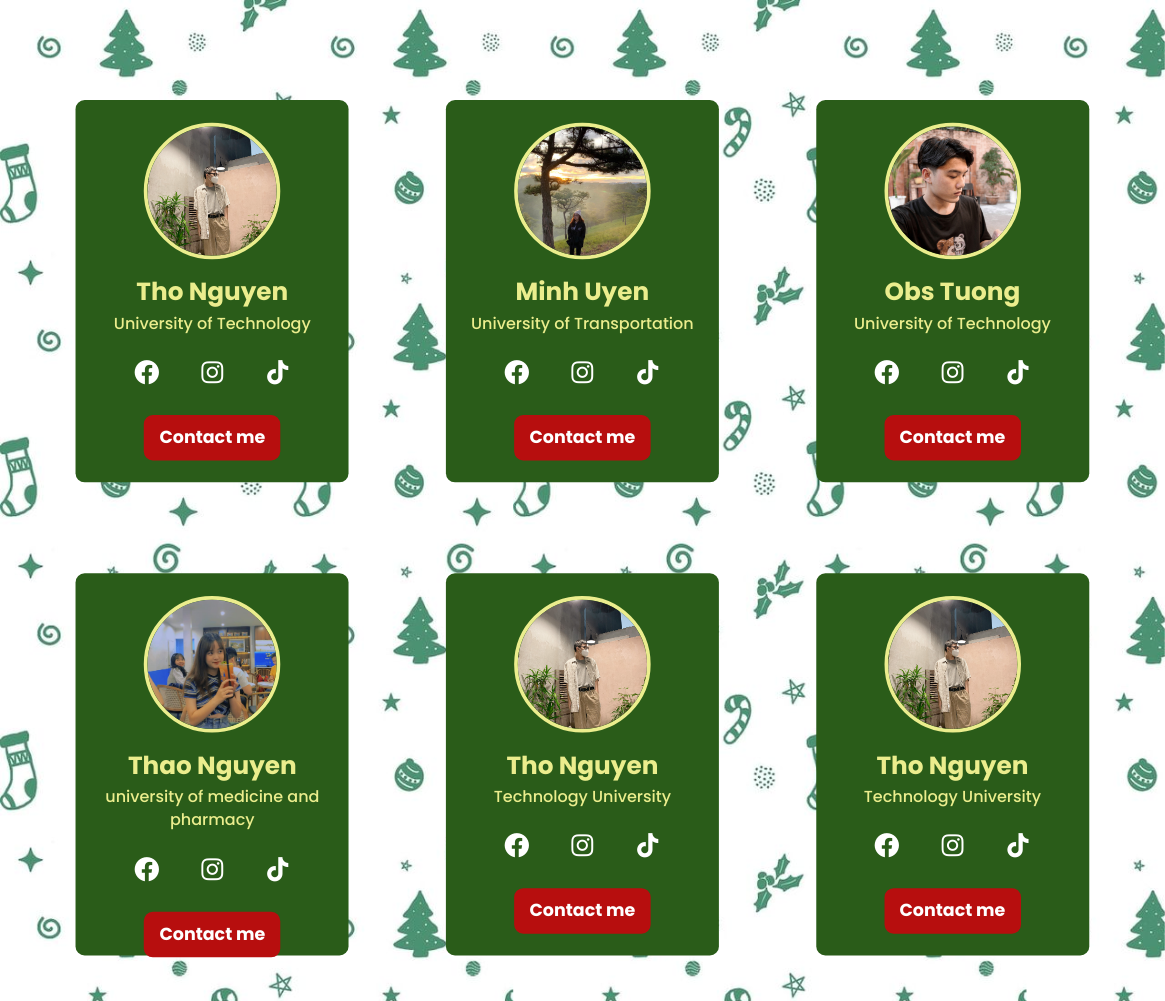
Repository: lausamtuong/profileCard
Page: index.html
An editor plug-in stored every save of this project. The page is shown before and after a run of saves, followed by the edit.
The browser window is 1280 px wide. The pictures show the whole page, at 91% of full size.
The style sheet was rebuilt from its Sass, Less or Tailwind sources for each picture, by a compiler version that may differ from the author's.

Above is the page before, as saved 2021-12-14 18:51:04.

### index.html
<!DOCTYPE html>
<html lang="en">
<head>
    <meta charset="UTF-8">
    <meta http-equiv="X-UA-Compatible" content="IE=edge">
    <meta name="viewport" content="width=device-width, initial-scale=1.0">
    <link rel="stylesheet" href="style.css">
    <link href="https://fonts.googleapis.com/css2?family=Lato:ital,wght@1,700;1,900&family=Poppins:wght@400;500;700&display=swap" rel="stylesheet">
    <link href='https://unpkg.com/boxicons@2.1.1/css/boxicons.min.css' rel='stylesheet'>

    <title>Document</title>
</head>
<body background="snow.jpg">
    <div class="card__list">
        <div class="card__item">

            <div class="card__image">
                <img src="tho.jpg" alt="">
            </div>
            <div class="card__name">Tho Nguyen</div>
            <div class="card__school">University of Technology </div>
            <div class="card__social">
                <a href="https://www.facebook.com/profile.php?id=100013469562736">
                    <i class='bx bxl-facebook-circle'></i>
                </a>
                <a href="https://www.instagram.com/huutho_0809/"> <i class='bx bxl-instagram' ></i></a>
                <a href="https://www.tiktok.com/@05ulu05?"> <i class='bx bxl-tiktok'></i></a>

            </div>
            <div class="card__btn">Contact me</div>
        </div>
        <div class="card__item">

            <div class="card__image">
                <img src="uyen.jpg" alt="">
            </div>
            <div class="card__name">Minh Uyen</div>
            <div class="card__school">University of Transportation </div>
            <div class="card__social">
                <a href="https://www.facebook.com/minhuyen.truong.75">
                    <i class='bx bxl-facebook-circle'></i>
                </a>
                <a href="https://www.instagram.com/minh_ieng/"> <i class='bx bxl-instagram' ></i></a>
                <a href="https://www.tiktok.com/@05ulu05?"> <i class='bx bxl-tiktok'></i></a>

            </div>
            <div class="card__btn">Contact me</div>
        </div>
        <div class="card__item">

            <div class="card__image">
                <img src="tuong.jpg" alt="">
            </div>
            <div class="card__name">Obs Tuong</div>
            <div class="card__school">University of Technology</div>
            <div class="card__social">
                <a href="https://www.facebook.com/obs.tuongg">
                    <i class='bx bxl-facebook-circle'></i>
                </a>
                <a href="https://www.instagram.com/obs.tuong/"> <i class='bx bxl-instagram' ></i></a>
                <a href="https://www.tiktok.com/@05ulu05?"> <i class='bx bxl-tiktok'></i></a>

            </div>
            <div class="card__btn">Contact me</div>
        </div>
        <div class="card__item">

            <div class="card__image">
                <img src="nguyen.jpg" alt="">
            </div>
            <div class="card__name">Thao Nguyen</div>
            <div class="card__school"> university of medicine and pharmacy</div>
            <div class="card__social">
                <a href="https://www.facebook.com/profile.php?id=100013469562736">
                    <i class='bx bxl-facebook-circle'></i>
                </a>
                <a href=""> <i class='bx bxl-instagram' ></i></a>
                <a href=""> <i class='bx bxl-tiktok'></i></a>

            </div>
            <div class="card__btn">Contact me</div>
        </div>
        <div class="card__item">

            <div class="card__image">
                <img src="tho.jpg" alt="">
            </div>
            <div class="card__name">Tho Nguyen</div>
            <div class="card__school">Technology University</div>
            <div class="card__social">
                <a href="https://www.facebook.com/profile.php?id=100013469562736">
                    <i class='bx bxl-facebook-circle'></i>
                </a>
                <a href=""> <i class='bx bxl-instagram' ></i></a>
                <a href=""> <i class='bx bxl-tiktok'></i></a>

            </div>
            <div class="card__btn">Contact me</div>
        </div>
        <div class="card__item">

            <div class="card__image">
                <img src="tho.jpg" alt="">
            </div>
            <div class="card__name">Tho Nguyen</div>
            <div class="card__school">Technology University</div>
            <div class="card__social">
                <a href="https://www.facebook.com/profile.php?id=100013469562736">
                    <i class='bx bxl-facebook-circle'></i>
                </a>
                <a href=""> <i class='bx bxl-instagram' ></i></a>
                <a href=""> <i class='bx bxl-tiktok'></i></a>

            </div>
            <div class="card__btn">Contact me</div>
        </div>


    </div>
</body>
</html>

### style.scss
*{
    margin: 0;
    padding: 0;
    box-sizing: border-box;
}
html{
    font-family: 'Poppins', sans-serif;
}
:root {
    --pink-color: #ebed8d;
  }
body{
    height: 100vh;
  //  background-image: linear-gradient(to right, #af4d96, #3d8);
}
.card{

    &__list{
        margin: 120px auto;
      display: flex;
      flex-wrap: wrap;
      justify-content: space-around;
      margin: 60px 30px;

    }
    &__item{
        width:300px;
        height:420px;
        background-color:  #2a5c19;
        margin: 50px 20px;
        border-radius: 10px;
    }
    &__image{
        width: 150px;
        height: 150px;
        overflow: hidden;
        transition: 0.25s;
        margin: 0 auto;
        transform: translateY(25px);
        border-radius: 50%;
        border: 4px solid var(--pink-color);

        cursor: pointer;
        &:hover{
            width: 100%;
            height: 100%;
            border-radius: unset;
            border: unset;
            transform: unset;
           img{
               border-radius: 10px;
           }
             }
        }
      &__name{
          color:#ebed8d;
          font-weight: 700;
          font-size: 1.7rem;
          text-align: center;
          margin-top: 40px;
      }
      &__school{
          font-weight: 500;
          font-size: 1.1rem;
          text-align: center;
          color:var(--pink-color)
      }
      &__social{

          font-size: 2rem;
          display:flex;
          justify-content: center;
          margin:20px;
          a{
              margin: 0 20px;
              color:#fff;
          }
      }
      &__btn{
          width:150px;
          height: 50px;

          background-color:#b70e0e;
          border-radius: 10px;
          margin:0 auto;
          margin-top: 20px;
          font-weight: 700;
          font-size: 1.2rem;
          text-align: center;
            padding-top:10px;
            color:#fff;
         //   box-shadow: 2px 4px 0 0 rgb(172, 41, 41);
            cursor:pointer;
            &:hover{
                opacity:0.9;
            }
            &:active{
                transform: translateY(2px) ;
             //   box-shadow: 2px 2px 0 0 rgb(172, 41, 41);
            }
      }
    }
img{
        width: 100%;
        height: 100%;
        object-fit: cover;
        object-position: center;
    }

.card__image:hover  ~.card__name,
.card__image:hover ~.card__school,
.card__image:hover ~.card__social,
.card__image:hover ~.card__btn
{
    display:none;
}

After the next 2 saves:
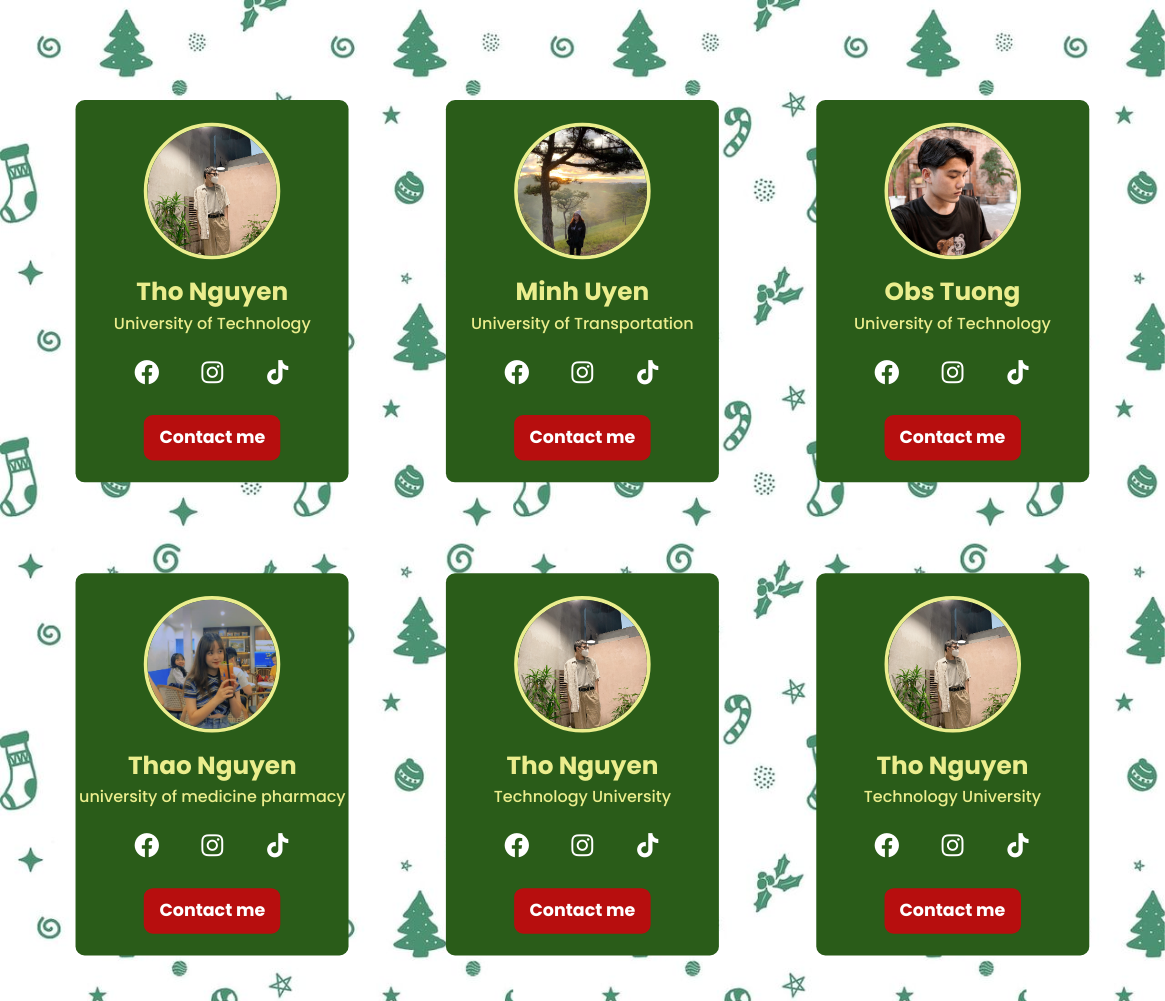
The 2 saves are shown as one change because they came seconds apart.
The last was saved 17 s later.
--- a/index.html
+++ b/index.html
@@ -69,7 +69,7 @@
                 <img src="nguyen.jpg" alt="">
             </div>
             <div class="card__name">Thao Nguyen</div>
-            <div class="card__school"> university of medicine and pharmacy</div>
+            <div class="card__school"> university of medicine pharmacy</div>
             <div class="card__social">
                 <a href="https://www.facebook.com/profile.php?id=100013469562736">
                     <i class='bx bxl-facebook-circle'></i>

After the 2 saves that followed:
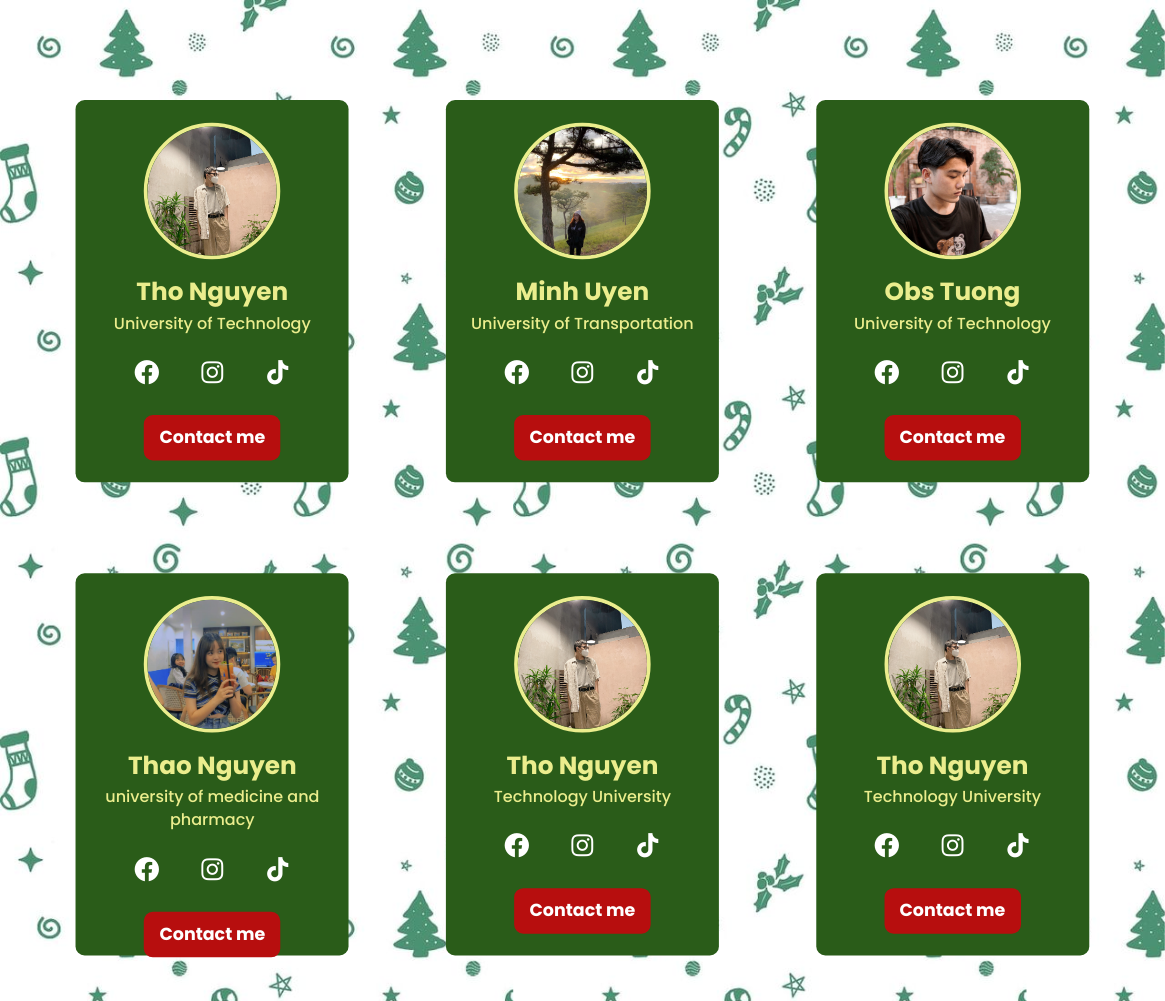
The 2 saves are shown as one change because they came seconds apart.
The last was saved 6 s later.
--- a/index.html
+++ b/index.html
@@ -69,7 +69,7 @@
                 <img src="nguyen.jpg" alt="">
             </div>
             <div class="card__name">Thao Nguyen</div>
-            <div class="card__school"> university of medicine pharmacy</div>
+            <div class="card__school"> university of medicine and pharmacy</div>
             <div class="card__social">
                 <a href="https://www.facebook.com/profile.php?id=100013469562736">
                     <i class='bx bxl-facebook-circle'></i>
